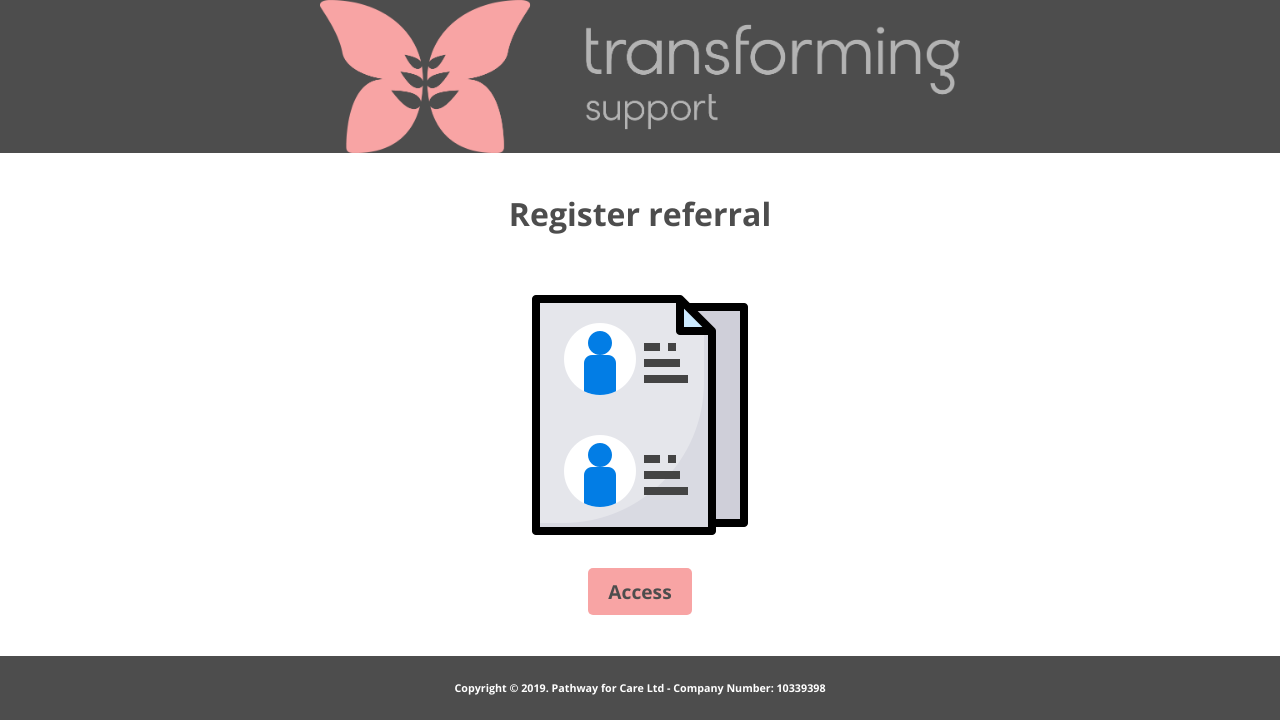
Repository: israelrodriguees/QAactivity
Page: http://localhost/referral/index.jsp
These files come from the project's save history. The page is drawn as it stood at one moment and after the next save; the edit follows.
The browser window is 1280 px wide. The pictures show the whole page.
The page is served by Tomcat 9.

Above is the page before, as saved 2021-09-08 15:31:09.

After the next save:
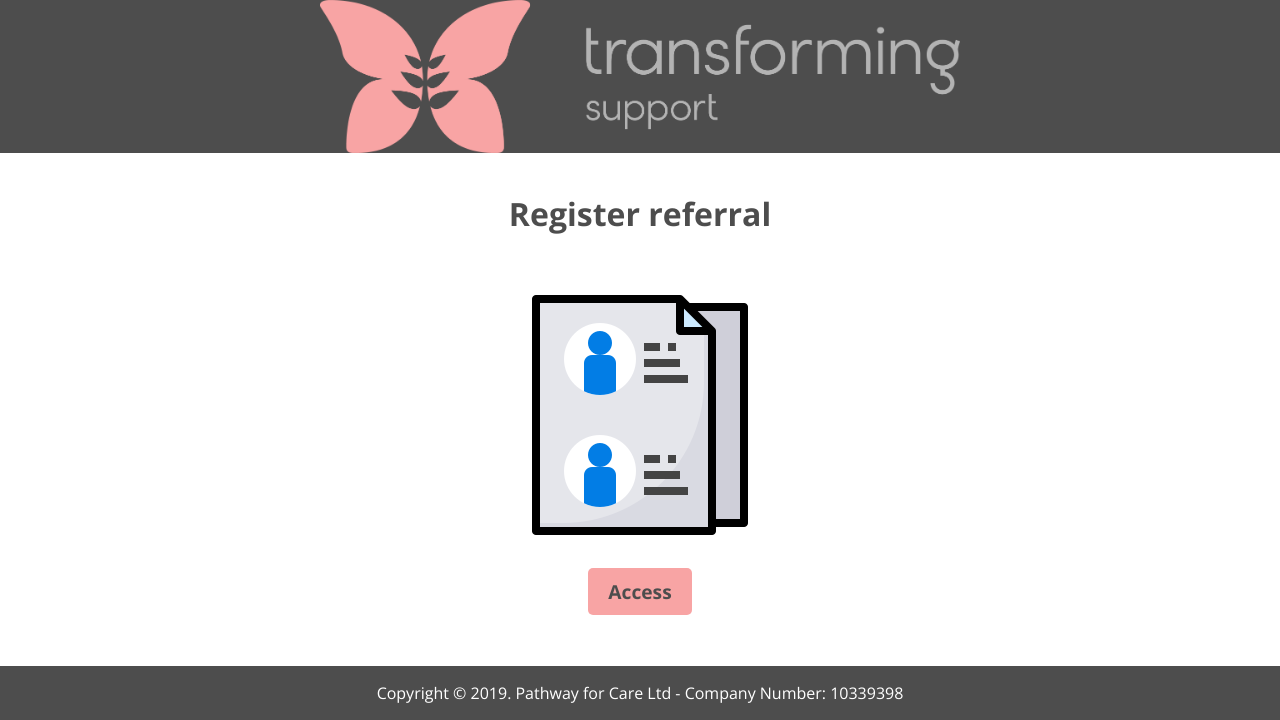
Saved 2 s later.
--- a/referral/src/main/webapp/index.jsp
+++ b/referral/src/main/webapp/index.jsp
@@ -6,9 +6,7 @@
 <link rel="icon" href="images/form.png">
 <link rel="stylesheet" href="style.css">
 <style>
-h6{
-text-align: center;
-}
+
 </style>
 
 </head>
@@ -33,8 +31,8 @@
 
 		</main>
 		<footer>
-				 <h6>Copyright © 2019. Pathway for Care Ltd - Company
-					Number: 10339398 </h6>
+				 <p>Copyright © 2019. Pathway for Care Ltd - Company
+					Number: 10339398 </p>
 		</footer>
 	</div>
 </body>
